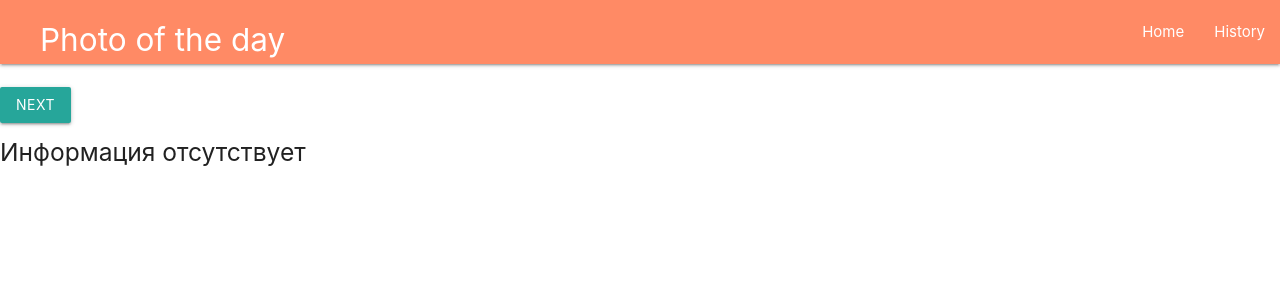
Repository: iveivs/getPhotoApi
Page: /
The author's editor kept a copy of each file at every save. The page is drawn from the files as they stood at one save, then again after a run of saves.
The browser window is 1280 px wide. The pictures show the whole page.
The page's requests for data from a server got no answer. The project was rebuilt for these pictures with package versions that can differ from the ones it lists, and the page was loaded fresh each time. No one was signed in, and anything a server would have sent is missing. Also part of the build but not shown: vite.config.js, src/components/HistoryItem.jsx.

Above is the page before, as saved 2024-01-31 18:53:19.

After the next 2 saves:
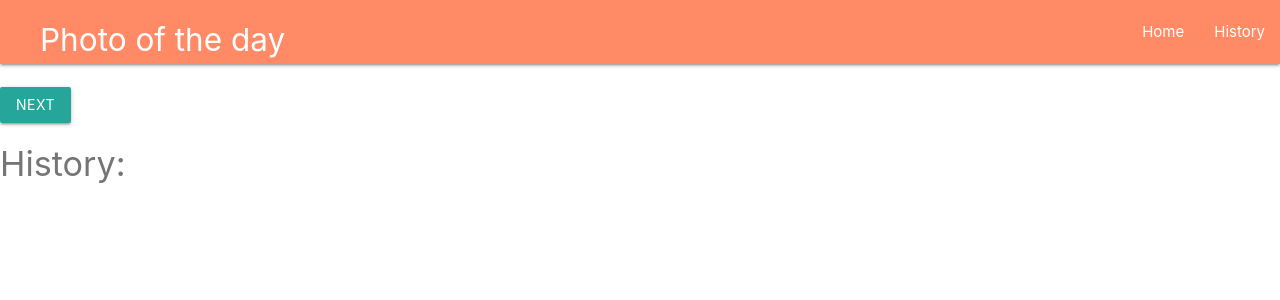
The 2 saves are shown as one change because they came seconds apart.
The last was saved 9 min 22 s later.
--- a/src/components/HistoryPhoto.jsx
+++ b/src/components/HistoryPhoto.jsx
@@ -4,7 +4,7 @@
 
 export default function HistoryPhoto() {
 
-    const {history} = useContext(DataContext)
+    const history = useContext(DataContext)
     console.log('history HP' , history);
     console.log('DataContext',DataContext);
     if (!history || history.length) {
